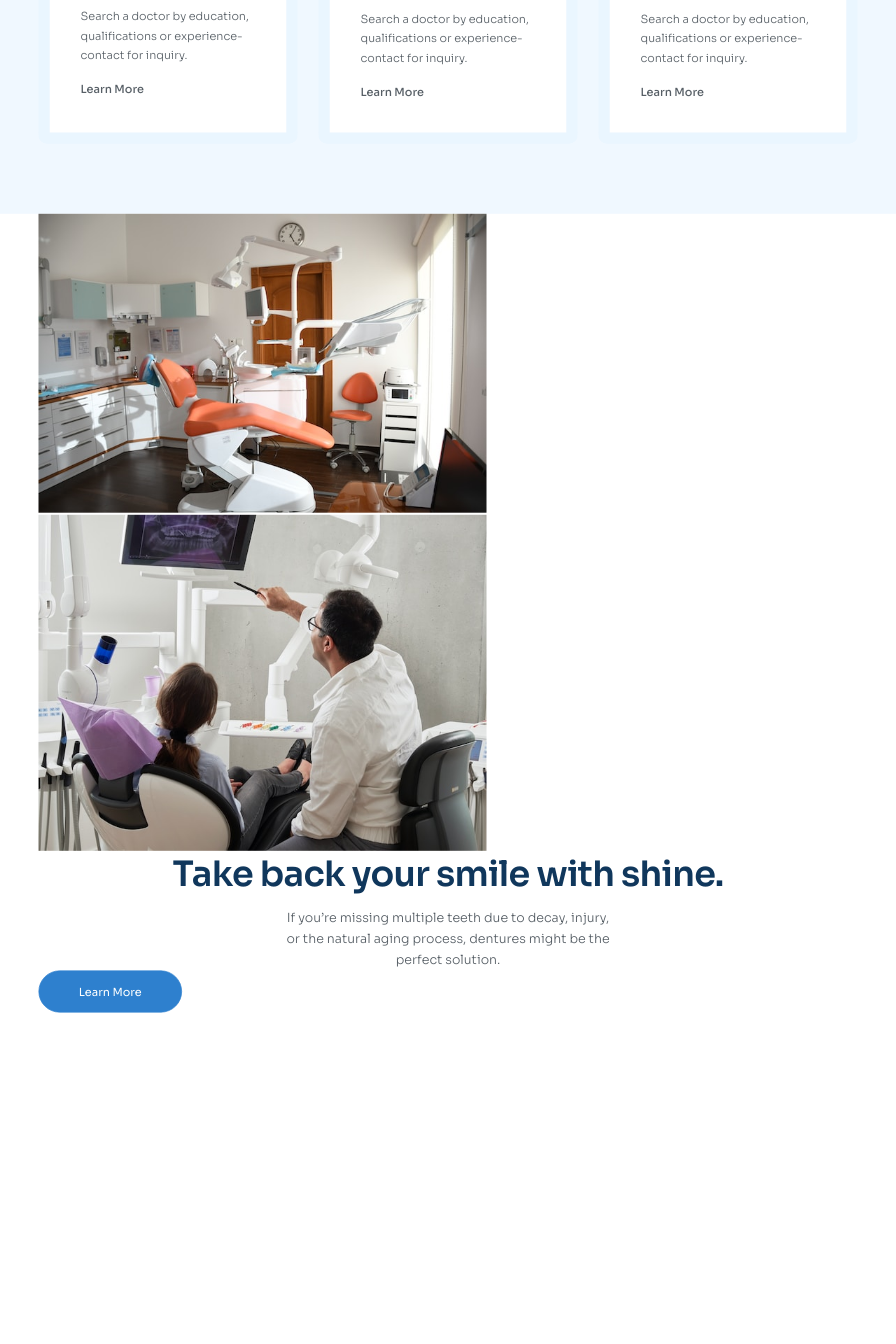
Repository: han2003dz/f8-project-03
Page: index.html
The author's editor kept a copy of each file at every save. The page is drawn from the files as they stood at one save, then again after a run of saves.
The browser window is 1280 px wide. The pictures show the part of the page from y = 2399 to 4319 px (the page is 6000 px tall), at 70% of full size.

Above is the page before, as saved 2023-05-06 20:52:31.

### index.html
<!DOCTYPE html>
<html lang="en">

<head>
    <meta charset="UTF-8">
    <meta http-equiv="X-UA-Compatible" content="IE=edge">
    <meta name="viewport" content="width=device-width, initial-scale=1.0">
    <title>Shine Smile</title>
    <!-- favicon -->
    <link rel="apple-touch-icon" sizes="57x57" href="./assets/favicon/apple-icon-57x57.png">
    <link rel="apple-touch-icon" sizes="60x60" href="./assets/favicon/apple-icon-60x60.png">
    <link rel="apple-touch-icon" sizes="72x72" href="./assets/favicon/apple-icon-72x72.png">
    <link rel="apple-touch-icon" sizes="76x76" href="./assets/favicon/apple-icon-76x76.png">
    <link rel="apple-touch-icon" sizes="114x114" href="./assets/favicon/apple-icon-114x114.png">
    <link rel="apple-touch-icon" sizes="120x120" href="./assets/favicon/apple-icon-120x120.png">
    <link rel="apple-touch-icon" sizes="144x144" href="./assets/favicon/apple-icon-144x144.png">
    <link rel="apple-touch-icon" sizes="152x152" href="./assets/favicon/apple-icon-152x152.png">
    <link rel="apple-touch-icon" sizes="180x180" href="./assets/favicon/apple-icon-180x180.png">
    <link rel="icon" type="image/png" sizes="192x192" href="./assets/favicon/android-icon-192x192.png">
    <link rel="icon" type="image/png" sizes="32x32" href="./assets/favicon/favicon-32x32.png">
    <link rel="icon" type="image/png" sizes="96x96" href="./assets/favicon/favicon-96x96.png">
    <link rel="icon" type="image/png" sizes="16x16" href="./assets/favicon/favicon-16x16.png">
    <link rel="manifest" href="./assets/favicon/manifest.json">
    <meta name="msapplication-TileColor" content="#ffffff">
    <meta name="msapplication-TileImage" content="./assets/favicon/ms-icon-144x144.png">
    <meta name="theme-color" content="#ffffff">
    <!-- embed font -->
    <link rel="preconnect" href="https://fonts.googleapis.com">
    <link rel="preconnect" href="https://fonts.gstatic.com" crossorigin>
    <link href="https://fonts.googleapis.com/css2?family=Sora:wght@300;400;500;600;700&display=swap" rel="stylesheet">
    <!-- my css -->
    <link rel="stylesheet" href="/assets/css/reset.css">
    <link rel="stylesheet" href="/assets/css/style.css">
</head>

<body style="height: 6000px;">
    <header class="header">
        <div class="container">
            <!-- nav -->
            <div class="navigation">
                <a href="#!">
                    <div class="logo">
                        <span class="logo__circle"></span>
                        <span class="logo__text">
                            <span class="logo__brand">shine</span>
                            <span class="logo__brand logo__brand--small">smile</span>
                        </span>
                    </div>
                </a>
                <nav class="navbar">
                    <ul class="nav__list">
                        <li class="nav__item">
                            <a href="#!" class="nav__link nav__link--active">Home</a>
                        </li>
                        <li class="nav__item">
                            <a href="#!" class="nav__link">Services</a>
                        </li>
                        <li class="nav__item">
                            <a href="#!" class="nav__link">About</a>
                        </li>
                        <li class="nav__item">
                            <a href="#!" class="nav__link">Doctors</a>
                        </li>
                    </ul>
                </nav>
                <!-- action -->
                <div class="header-action">
                    <a href="#!" class="header-action__login">Log In</a>
                    <button href="#!" class="header-action__sign-up btn">Sign Up</button>
                </div>
            </div>
            <!-- hero -->
            <section class="hero">
                <!-- hero content -->
                <div class="hero__content">
                    <h1 class="hero__heading">Exceptional dental care for all ages.</h1>
                    <p class="hero__desc">Exceptional dental care for all ages. Your great smile begins with a great
                        dentist.</p>
                    <div class="hero__row">
                        <a href="#!" class="btn hero__btn">Book Online</a>
                        <span class="hero__phone">or call (123) 456-7890</span>
                    </div>
                </div>
                <div class="hero__media">
                    <figure class="hero__images">
                        <img src="./assets/img/img1__hero.jpg" alt="" class="hero__img">
                        <img src="./assets/img/img2__hero.jpg" alt="" class="hero__img">
                    </figure>
                </div>

            </section>
        </div>
    </header>
    <main>
        <!-- service -->
        <div class="service">
            <div class="container">
                <h2 class="section-heading">Our services</h2>
                <p class="section-desc">Exceptional dental care for all ages. Your great smile begins with a great
                    dentist.</p>
                <div class="service__row">
                    <figure>
                        <img src="./assets/img/service-img3.jpg" alt="" class="service__img">
                    </figure>
                    <div>
                        <div class="service__list">
                            <!-- item 1 -->
                            <section class="service-item">
                                <div class="service-item__icon">
                                    <!-- icon -->
                                    <svg width="22" height="24" viewBox="0 0 22 24" fill="none"
                                        xmlns="http://www.w3.org/2000/svg">
                                        <path
                                            d="M20.3598 2.63964C17.9506 -0.556131 14.2772 -0.568132 11.2481 1.10682C11.001 1.24657 10.7219 1.31411 10.4406 1.30222C10.1592 1.29033 9.88633 1.19945 9.65105 1.03931C8.49552 0.245717 7.29036 -0.316477 5.13904 0.207462C0.623408 1.3071 0 4.90379 0 8.99816C0.0797353 12.1602 0.500857 15.3032 1.25551 18.3683C2.11836 22.0168 3.90382 24 5.43354 24C6.96326 24 7.00963 22.2204 7.00963 20.8016C7.00963 19.2009 7.39505 14.8009 10.8642 14.8009C13.5317 14.8009 14.3333 18.4013 14.3333 20.8016C14.3329 23.095 15.1722 24 16.6628 24C19.5267 24 20.9796 15.3938 21.3719 13.1237C21.7642 10.8535 22.9882 6.12569 20.3598 2.63964Z"
                                            fill="currentColor" />
                                    </svg>
                                </div>
                                <div class="service-item__body">
                                    <h3 class="service-item__heading">Oral Surgery</h3>
                                    <p class="service-item__desc">
                                        Everything you expect and then some. Cleanings, fillings, and x-rays.
                                    </p>
                                </div>
                            </section>
                            <!-- item 2 -->
                            <section class="service-item">
                                <div class="service-item__icon">
                                    <!-- icon -->
                                    <svg width="22" height="24" viewBox="0 0 22 24" fill="none"
                                        xmlns="http://www.w3.org/2000/svg">
                                        <path
                                            d="M20.3598 2.63964C17.9506 -0.556131 14.2772 -0.568132 11.2481 1.10682C11.001 1.24657 10.7219 1.31411 10.4406 1.30222C10.1592 1.29033 9.88633 1.19945 9.65105 1.03931C8.49552 0.245717 7.29036 -0.316477 5.13904 0.207462C0.623408 1.3071 0 4.90379 0 8.99816C0.0797353 12.1602 0.500857 15.3032 1.25551 18.3683C2.11836 22.0168 3.90382 24 5.43354 24C6.96326 24 7.00963 22.2204 7.00963 20.8016C7.00963 19.2009 7.39505 14.8009 10.8642 14.8009C13.5317 14.8009 14.3333 18.4013 14.3333 20.8016C14.3329 23.095 15.1722 24 16.6628 24C19.5267 24 20.9796 15.3938 21.3719 13.1237C21.7642 10.8535 22.9882 6.12569 20.3598 2.63964Z"
                                            fill="currentColor" />
                                    </svg>
                                </div>
                                <div class="service-item__body">
                                    <h3 class="service-item__heading">Wisdom Teeth Removal</h3>
                                    <p class="service-item__desc">
                                        Everything you expect and then some. Cleanings, fillings, and x-rays.
                                    </p>
                                </div>
                            </section>
                            <!-- item 3 -->
                            <section class="service-item">
                                <div class="service-item__icon">
                                    <!-- icon -->
                                    <svg width="22" height="24" viewBox="0 0 22 24" fill="none"
                                        xmlns="http://www.w3.org/2000/svg">
                                        <path
                                            d="M20.3598 2.63964C17.9506 -0.556131 14.2772 -0.568132 11.2481 1.10682C11.001 1.24657 10.7219 1.31411 10.4406 1.30222C10.1592 1.29033 9.88633 1.19945 9.65105 1.03931C8.49552 0.245717 7.29036 -0.316477 5.13904 0.207462C0.623408 1.3071 0 4.90379 0 8.99816C0.0797353 12.1602 0.500857 15.3032 1.25551 18.3683C2.11836 22.0168 3.90382 24 5.43354 24C6.96326 24 7.00963 22.2204 7.00963 20.8016C7.00963 19.2009 7.39505 14.8009 10.8642 14.8009C13.5317 14.8009 14.3333 18.4013 14.3333 20.8016C14.3329 23.095 15.1722 24 16.6628 24C19.5267 24 20.9796 15.3938 21.3719 13.1237C21.7642 10.8535 22.9882 6.12569 20.3598 2.63964Z"
                                            fill="currentColor" />
                                    </svg>
                                </div>
                                <div class="service-item__body">
                                    <h3 class="service-item__heading">Preventative Dentistry</h3>
                                    <p class="service-item__desc">
                                        Everything you expect and then some. Cleanings, fillings, and x-rays.
                                    </p>
                                </div>
                            </section>
                        </div>
                        <a href="" class="btn service__btn">All Services</a>
                    </div>
                </div>
            </div>
        </div>
        <section class="work">
            <div class="container">
                <h2 class="section-heading heading__work">How it works</h2>
                <p class="section-desc desc__work">Exceptional dental care for all ages. Your great smile begins with a
                    great dentist.
                </p>
                <div class="work__list">
                    <!-- item 1 -->
                    <section class="work-item">
                        <img src="./assets/icon/search.svg" alt="" class="work-item__icon">
                        <h3 class="work-item__heading">Search doctor</h3>
                        <p class="work-item__desc">Search a doctor by education, qualifications or experience-contact
                            for inquiry.
                        </p>
                        <a href="#!" class="learn-more">Learn More</a>
                    </section>
                    <!-- item 2 -->
                    <section class="work-item">
                        <img src="./assets/icon/search-user.svg" alt="" class="work-item__icon">
                        <h3 class="work-item__heading">Find best doctor</h3>
                        <p class="work-item__desc">Search a doctor by education, qualifications or experience-contact
                            for inquiry.
                        </p>
                        <a href="#!" class="learn-more">Learn More</a>
                    </section>
                    <!-- item 3 -->
                    <section class="work-item">
                        <img src="./assets/icon/bag.svg" alt="" class="work-item__icon">
                        <h3 class="work-item__heading">Get treatment</h3>
                        <p class="work-item__desc">Search a doctor by education, qualifications or experience-contact
                            for inquiry.
                        </p>
                        <a href="#!" class="learn-more">Learn More</a>
                    </section>
                </div>
            </div>
        </section>
        <!-- feature -->
        <div class="feature">
            <div class="container">
                <div class="feature__media">
                    <figure class="images">
                        <img src="./assets/img/feature-img1.jpg" alt="" class="feature__img">
                        <img src="./assets/img/feature-img2.jpg" alt="" class="feature__img">
                    </figure>
                </div>
                <section class="feature__content">
                    <h2 class="section-heading">Take back your smile with shine.</h2>
                    <p class="section-desc">If you’re missing multiple teeth due to decay, injury, or the natural aging
                        process, dentures might be the perfect solution.
                    </p>
                    <a href="#!" class="btn">Learn More</a>
                </section>
            </div>
        </div>
    </main>
    <script src="./assets/app.js"></script>
</body>

</html>

### assets/css/style.css
* {
  box-sizing: border-box;
}
html {
  font-size: 62.5%;
}
body {
  font-size: 1.6rem;
  font-family: "Sora", sans-serif;
}
/* common */
.container {
  width: 1170px;
  max-width: calc(100% - 48px);
  margin: 0 auto;
}
.navigation {
  display: flex;
  justify-content: space-between;
  align-items: center;
}
a {
  text-decoration: none;
}
:root {
  --header-bg: #10375c;
  --primary-color: #2e80ce;
  --height-btn: 60px;
}
.nav__link,
.header-action__login {
  padding: 5px 14px;
  font-size: 1.6rem;
  font-weight: 300;
  color: #c9d2da;
}
.header-action__login:hover,
.nav__link:hover,
.nav__link--active {
  text-shadow: 1px 0 0 #fff;
}
.btn {
  display: inline-block;
  min-width: 205px;
  height: var(--height-btn);
  padding: 0 20px;
  border: 1px solid var(--primary-color);
  line-height: var(--height-btn);
  border-radius: 999px;
  font-weight: 400;
  font-size: 1.6rem;
  text-align: center;
  color: #fff;
  background: var(--primary-color);
}
.btn:hover {
  opacity: 0.9;
  cursor: pointer;
}
/* header */
.header {
  padding-top: 30px;
  padding-bottom: 100px;
  min-height: 100vh;
  background: var(--header-bg);
}

.logo {
  /* 1em = 10px */
  font-size: 1rem;
  position: relative;
  display: inline-flex;
  align-items: center;
}
.logo__circle::before,
.logo__circle::after {
  display: inline-block;
  content: "";
  border-radius: 50%;
}
.logo__circle::before {
  width: 3em;
  height: 3em;
  background: var(--primary-color);
}
.logo__circle::after {
  width: 1.6em;
  height: 1.6em;
  background: #fff;
  position: absolute;
  top: 1.1em;
  left: 1.1em;
}
.logo__text {
  margin-left: 0.6em;
  text-align: right;
  line-height: 1.6em;
}
.logo__brand {
  display: block;
  font-weight: 400;
  font-size: 1.8em;
  color: #fff;
}
.logo__brand--small {
  font-size: 1.2em;
  font-weight: 300;
}
/* navbar */
.navbar .nav__list {
  display: flex;
}
.nav__link {
  padding: 5px 21px;
}
.nav__link--active {
  pointer-events: none;
}
.nav__link--active::before {
  position: relative;
  left: -8px;
  bottom: 2px;
  content: "";
  display: inline-block;
  width: 6px;
  height: 6px;
  background: #fff;
  border-radius: 50%;
}
/* header-action */
.header-action {
  display: flex;
  align-items: center;
}
.header-action__login {
  margin-right: 7px;
}
.header-action__sign-up {
  min-width: 120px;
}
/* hero */
.hero {
  display: flex;
  margin-top: 76px;
  align-items: center;
}
.hero__content {
  /* giải quyết vấn đề co nhỏ */
  flex-shrink: 0;
  width: 44%;
}
.hero__media {
  flex-grow: 1;
}
.hero__heading {
  font-weight: 600;
  font-size: 7rem;
  line-height: 1.14;
  /* or 114% */
  letter-spacing: -0.02em;
  color: #ffffff;
}
.hero__desc {
  font-weight: 300;
  font-size: 1.8rem;
  line-height: 1.67;
  /* or 167% */
  color: #c9d2da;
  margin-top: 22px;
  margin-bottom: 38px;
}
.hero__phone {
  font-weight: 400;
  font-size: 1.8rem;
  line-height: 1.67;
  color: #fff;
}
.hero__row {
  display: flex;
  align-items: center;
  gap: 38px;
}
.hero__images {
  display: flex;
  align-items: center;
  justify-content: flex-end;
}
.hero__img {
  width: 330px;
  height: 500px;
  border-radius: 6px;
  object-fit: cover;
}
.hero__img:last-child {
  width: 210px;
  height: 400px;
}
/* service */
.service {
  padding: 170px 0;
}
.section-heading,
.section-desc {
  text-align: center;
}
.section-heading {
  font-weight: 600;
  font-size: 5rem;
  line-height: 1.2;
  /* identical to box height, or 120% */
  letter-spacing: -0.02em;
  color: #10375c;
  margin-bottom: 18px;
}
.section-desc {
  font-weight: 300;
  font-size: 1.8rem;
  line-height: 1.67;
  /* or 167% */
  margin: 0 auto;
  color: #575f66;
  max-width: 468px;
}
.service__row {
  margin-top: 70px;
  display: flex;
  justify-content: space-between;
  align-items: center;
}
.service__img {
  width: 570px;
  height: 570px;
  object-fit: cover;
  border-radius: 12px;
}
.service-item {
  display: flex;
  max-width: 420px;
  height: 128px;
  background: #ffffff;
  border-radius: 10px;
  align-items: center;
}
.service-item:hover {
  box-shadow: 0px 14px 28px rgba(0, 0, 0, 0.05);
  border-radius: 10px;
  cursor: pointer;
  position: relative;
}
.service-item:hover .service-item__icon {
  background: #2e80ce;
  box-shadow: 0px 8px 16px rgba(40, 155, 222, 0.15);
  color: #fff;
}
.service-item__heading {
  font-weight: 600;
  font-size: 1.8rem;
  line-height: 1.27;
  /* identical to box height */
  color: #10375c;
  margin-bottom: 8px;
}
.service-item__desc {
  font-weight: 300;
  font-size: 1.6rem;
  line-height: 1.75;
  /* or 175% */
  color: #575f66;
  max-width: 308px;
}
.service-item__icon {
  display: flex;
  justify-content: center;
  align-items: center;
  margin-right: 19px;
  margin-left: 22px;
  flex-shrink: 0;
  width: 60px;
  height: 60px;
  border-radius: 50%;
  background: #eff6fd;
  box-shadow: 0px 8px 16px rgba(0, 0, 0, 0.05);
  color: #10375c;
}
.service-item__body {
  margin-left: 20px;
}
.service__btn {
  margin-top: 55px;
}
/* work */
.work {
  padding: 100px 0;
  background: #f0f8ff;
}
.heading__work,
.desc__work {
  text-align: left;
  margin: 0;
}
.desc__work {
  margin-top: 18px;
}
.work__list {
  display: grid;
  grid-template-columns: repeat(3, 1fr);
  margin-top: 70px;
  column-gap: 30px;
}
.work-item{
  padding: 44px;
  border-radius: 12px;
  border: 16px solid #EAF6FF;
  background: #fff;
  transition: .25s;
}
.work-item:hover{
  border: 16px solid var(--primary-color);
  transform: translateY(-16px);
}
.work-item__heading {
  margin-top: 18px;
  font-weight: 600;
  font-size: 2.6rem;
  line-height: 1.38;
  /* identical to box height, or 138% */
  color: var(--header-bg);
}
.work-item__desc, .learn-more {
  margin-top: 28px;
  font-weight: 300;
  font-size: 16px;
  line-height: 28px;
  /* or 175% */
  color: #575f66;
}
.learn-more{
  display: inline-block;
  margin-top: 20px;
  font-weight: 500;
}
.learn-more:hover{
  font-weight: 600;
  color: #2e80ce;
  transition: 0.2s;
  transform: translateY(-3px);
}
/* feature */
.feature{
  display: flex;
}

### assets/app.js
const navItems = document.querySelectorAll(".nav__link");
function handleClickNav(event){
    [...navItems].forEach(item => item.classList.remove("nav__link--active"));
    event.target.classList.add("nav__link--active");
    console.log(event.target);
}
[...navItems].forEach(item => item.addEventListener("click", handleClickNav));

Loaded but not shown: assets/css/reset.css (common file)

After the next 2 saves:
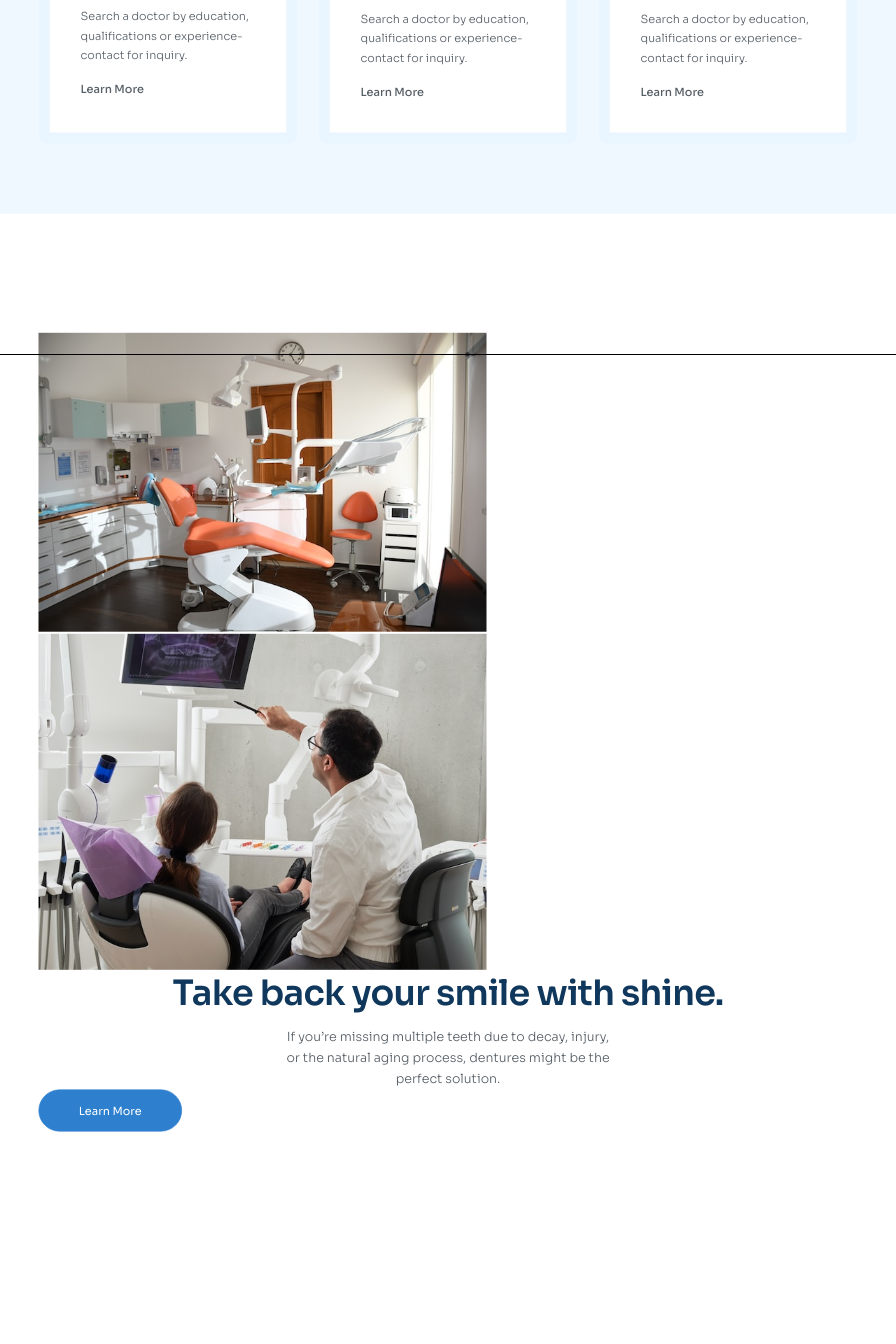
The 2 saves are shown as one change because they came seconds apart.
The last was saved 117 s later.
--- a/assets/css/style.css
+++ b/assets/css/style.css
@@ -347,5 +347,6 @@ a {
 }
 /* feature */
 .feature{
-  display: flex;
-}
+  margin-top: 85px;
+  padding: 85px 0;
+}
